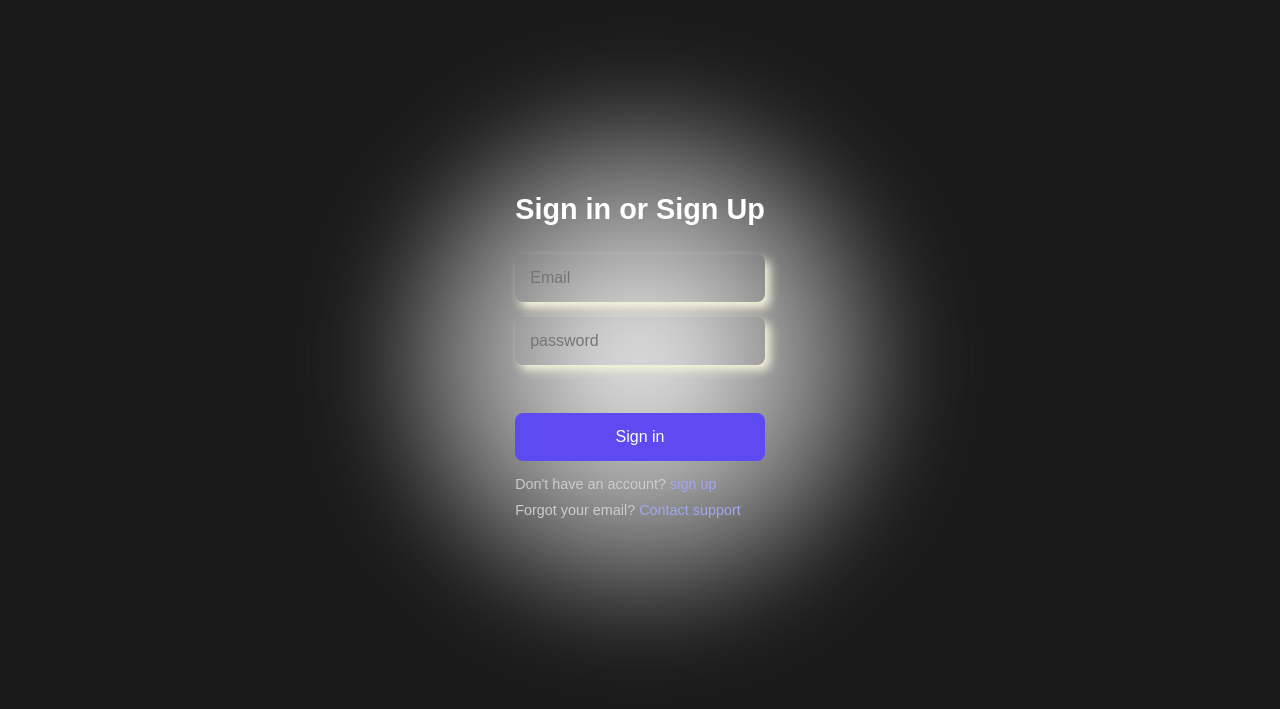
Repository: cmd-keyu/mobileppsh
Page: pages/login.html
These files come from the project's save history. The page is drawn as it stood at one moment and after a run of saves; the edit follows.
The browser window is 1280 px wide. The pictures show the whole page.

Above is the page before, as saved 2024-11-12 12:24:22.

### pages/login.html
<!DOCTYPE html>
<html lang="en">
<head>
  <meta charset="UTF-8">
  <meta name="viewport" content="width=device-width, initial-scale=1.0">
  <title>Sign In Form</title>
  <link rel="stylesheet" href="../css/login.css">
  <script src="../javascript/login.js" defer></script>
</head>
<body>
  <div class="container">
    <div class="glow-box">
      <h2 style="color: white;">Sign in or Sign Up</h2>
      <br>
      <!-- <p>All that is required is only your email for sign-up or sign-in!!</p> -->
      <form action="account.html">
        <div class="sign-up">
            <input type="text" placeholder="name" class="disabled-btn hi">
            <br>
            <br>
            <input type="text" placeholder="address (Optional)" class="hi">
            <br>
            </div>
        <input type="email" placeholder="Email" required class="hi">
        <input type="password" placeholder="password" required class="hi">
        <br>
        <button type="submit" class="sign-in-btn-hide">Sign in</button>
        <button type="submit" class="sign-up-btn-hide">Sign up</button>
      </form>
      <div class="support">
        <p class="sign-up-text-hide">Don't have an account? <label for="sign-up-btn" class="colorsnup">sign up</label><button class="sign-up-btn hide-btn2" id="sign-up-btn">sign up</button></p>
        <p class="sign-in-text-hide">Already have an account? <label for="sign-in-btn" class="colorsnup">sign in</label><button class="sign-in-btn hide-btn2" id="sign-in-btn">sign in</button></p>
        <p>Forgot your email? <a href="#">Contact support</a></p>
      </div>
    </div>
  </div>
</body>
</html>

### css/login.css
* {
    margin: 0;
    padding: 0;
    box-sizing: border-box;
    font-family: Arial, sans-serif;
  }

  body {
    display: flex;
    justify-content: center;
    align-items: center;
    height: 100vh;
    background-color: #1a1a1a;
  }

  .container {
    display: flex;
    justify-content: center;
    align-items: center;
    height: 100%;
  }

  .glow-box::before {
    content: '';
    position: absolute;
    top: 50%;
    left: 50%;
    width: 500px;
    height: 500px;
    background: radial-gradient(circle, white, black);
    transform: translate(-50%, -50%);
    z-index: -1;
    border-radius: 50%;
    filter: blur(50px);
  }

  h2 {
    font-size: 1.8em;
    margin-bottom: 10px;
  }
  label:hover{

    text-decoration: underline;

  }

  p {
    margin-bottom: 10px;
    font-size: 0.9em;
    color: #ccc;
  }

  form {
    display: flex;
    flex-direction: column;
    gap: 15px;
  }

  input[type="email"] {
    padding: 15px;
    font-size: 1em;
    border: none;
    border-radius: 8px;
    outline: none;
    width: 100%;
     box-shadow: 5px 6px 10px beige;
     color: wheat;

  }
  input[type="password"] {
    padding: 15px;
    font-size: 1em;
    border: none;
    border-radius: 8px;
    outline: none;
    width: 100%;
     box-shadow: 5px 5px 10px beige;

  }

  input[type="text"] {
    padding: 15px;
    font-size: 1em;
    border: none;
    border-radius: 8px;
    outline: none;
    width: 100%;
     box-shadow: 9px 9px 10px beige;

  }

  button {
    padding: 15px;
    font-size: 1em;
    background-color: #5e4af1;
    color: #fff;
    border: none;
    border-radius: 8px;
    cursor: pointer;
    transition: background 0.3s;
  }

  button:hover {
    background-color: #4a3bdb;
  }

  .support {
    margin-top: 15px;
  }

  .support a {
    color: #a1a7f1;
    text-decoration: none;
  }

  .support a:hover {
    text-decoration: underline;
  }

  .sign-up{
    display: none;
  }

  .colorsnup{
    color: #a1a7f1;
  }

  .sign-up-btn-hide{
    display: none;
  }

  .hide-btn2{
    display: none;
  }

  .sign-in-text-hide{
    display: none;
  }
  .hi{
    /* border: none; */
    background-color: inherit;
    border-bottom: solid beige 1px;
    box-shadow: 9px 9px 10px beige;
  }

### javascript/login.js

const sign_up = document.querySelector('.sign-up')
const sign_up_btn = document.querySelector('.sign-up-btn')
const sign_in_btn = document.querySelector('.sign-in-btn')
const sign_in_btn_hide = document.querySelector('.sign-in-btn-hide')
const sign_up_btn_hide = document.querySelector('.sign-up-btn-hide')
const sign_in_text_hide = document.querySelector('.sign-in-text-hide')
const sign_up_text_hide = document.querySelector('.sign-up-text-hide')
const disabled_btn = document.querySelector('.disabled-btn')

sign_up_btn.addEventListener("click", () => {

  sign_up.style.display = 'block'
  sign_in_btn_hide.style.display = 'none'
  sign_up_btn_hide.style.display = 'block'
  sign_in_text_hide.style.display = 'block'
  sign_up_text_hide.style.display = 'none'
  disabled_btn.setAttribute('required', true)

})

sign_in_btn.addEventListener("click", () => {

  sign_up.style.display = 'none'
  sign_in_btn_hide.style.display = 'block'
  sign_up_btn_hide.style.display = 'none'
  sign_in_text_hide.style.display = 'none'
  sign_up_text_hide.style.display = 'block'
  disabled_btn.setAttribute('required', false)

})

After the next 2 saves:
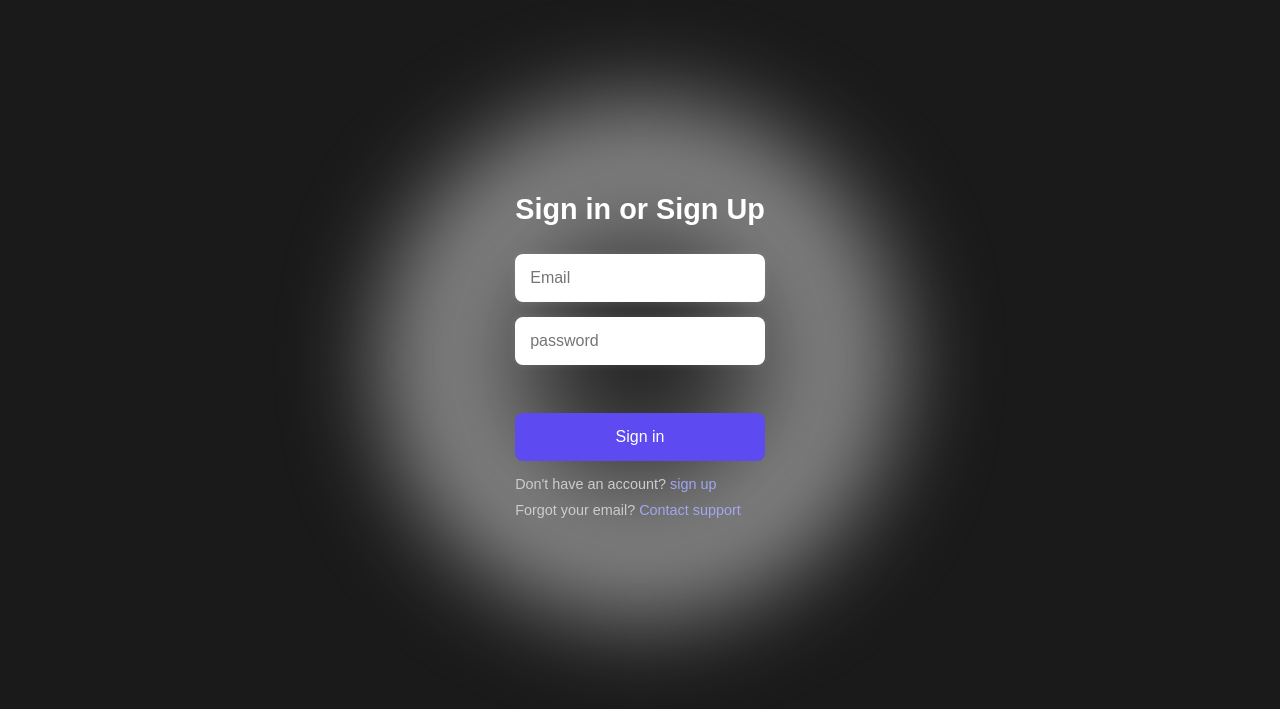
The 2 saves are shown as one change because they came seconds apart.
The last was saved 24 s later.
--- a/css/login.css
+++ b/css/login.css
@@ -27,7 +27,7 @@
     left: 50%;
     width: 500px;
     height: 500px;
-    background: radial-gradient(circle, white, black);
+    background: radial-gradient(circle, black, white);
     transform: translate(-50%, -50%);
     z-index: -1;
     border-radius: 50%;
@@ -63,9 +63,7 @@
     border-radius: 8px;
     outline: none;
     width: 100%;
-     box-shadow: 5px 6px 10px beige;
-     color: wheat;
-
+    box-shadow: 0 0 8px rgba(255, 255, 255, 0.1);
   }
   input[type="password"] {
     padding: 15px;
@@ -74,8 +72,7 @@
     border-radius: 8px;
     outline: none;
     width: 100%;
-     box-shadow: 5px 5px 10px beige;
-
+    box-shadow: 0 0 8px rgba(255, 255, 255, 0.1);
   }
 
   input[type="text"] {
@@ -85,8 +82,7 @@
     border-radius: 8px;
     outline: none;
     width: 100%;
-     box-shadow: 9px 9px 10px beige;
-
+    box-shadow: 0 0 8px rgba(255, 255, 255, 0.1);
   }
 
   button {
@@ -136,9 +132,3 @@
   .sign-in-text-hide{
     display: none;
   }
-  .hi{
-    /* border: none; */
-    background-color: inherit;
-    border-bottom: solid beige 1px;
-    box-shadow: 9px 9px 10px beige;
-  }
